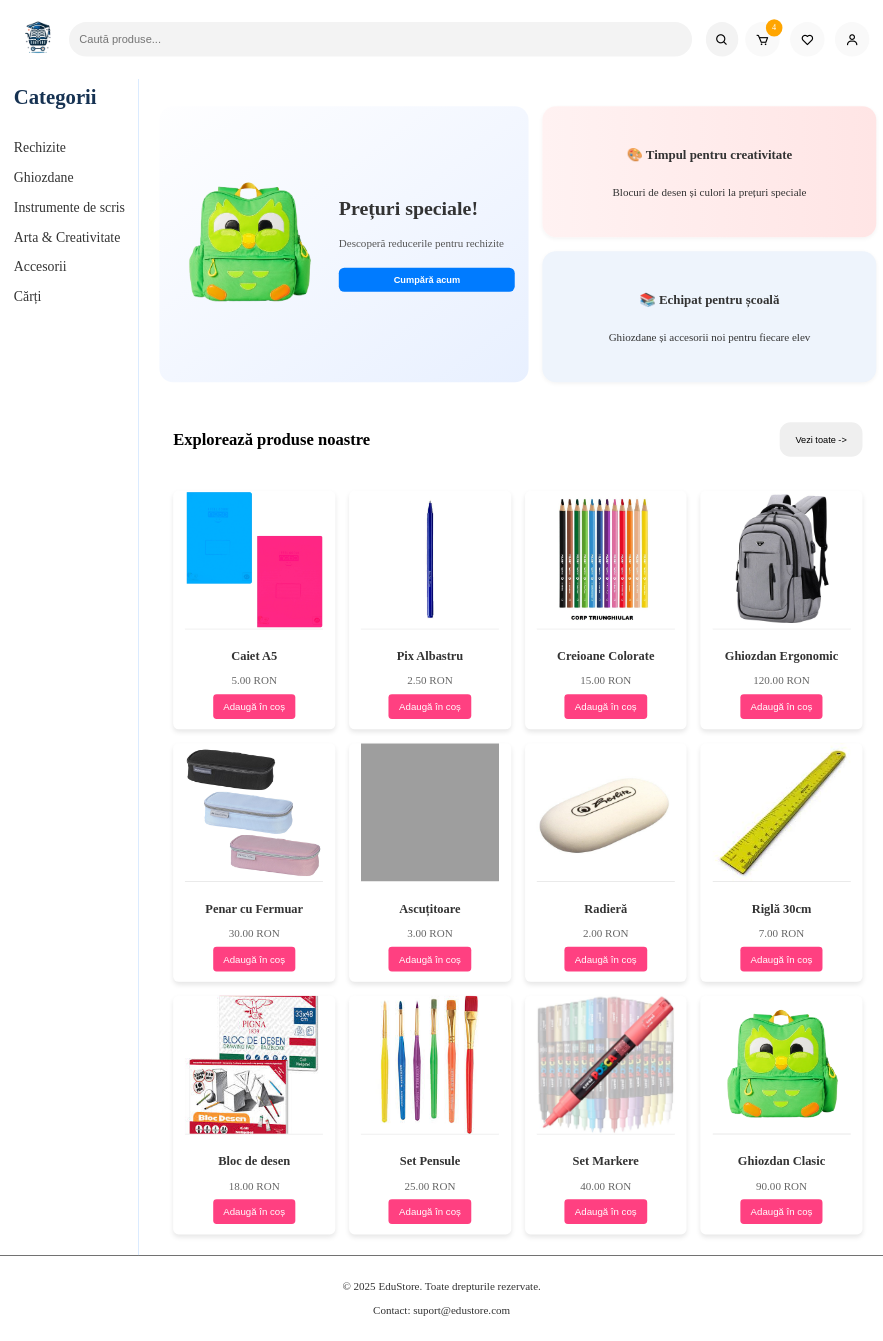
Repository: Roxana5504/WebDev-Project
Page: frontend/index.html
An editor plug-in stored every save of this project. The page is shown before and after the next save, followed by the edit.
The browser window is 1280 px wide. The pictures show the whole page, at 69% of full size.
Pictures or frames that could not be fetched are drawn as grey boxes.

Above is the page before, as saved 2025-04-23 17:14:04.

### frontend/index.html
<!DOCTYPE html>
<html lang="ro">
  <head>
    <meta charset="UTF-8" />
    <meta name="viewport" content="width=device-width, initial-scale=1.0" />
    <title>Căutare Produse</title>
    <link rel="stylesheet" href="/styles.css" />
    <link
      href="https://cdn.jsdelivr.net/npm/boxicons@2.1.4/css/boxicons.min.css"
      rel="stylesheet"
    />
  </head>

  <body>
    <header class="container-header">
      <div class="logo">
        <img src="/backend/images/logoDWS.png" alt="EduStore" />
      </div>

      <div class="search-bar">
        <button class="sidebar-toggle" id="sidebar-toggle">
          <i class="bx bx-menu"></i>
        </button>
        <input type="text" id="search-input" placeholder="Caută produse..." />
        <button class="search-btn" id="search-btn">
          <i class="bx bx-search"></i>
        </button>
      </div>

      <div class="header-icons">
        <div class="header-icon">
          <span class="cart-items">4</span>
          <i class="bx bx-cart"></i>
        </div>
        <div class="header-icon">
          <i class="bx bx-heart"></i>
        </div>
        <div class="header-icon profile">
          <i class="bx bx-user"></i>
        </div>
      </div>
    </header>

    <div class="main-content">
      <aside class="sidebar">
        <div>
          <h2>Categorii</h2>
          <ul>
            <li>Rechizite</li>
            <li>Ghiozdane</li>
            <li>Instrumente de scris</li>
            <li>Arta & Creativitate</li>
            <li>Accesorii</li>
            <li>Cărți</li>
          </ul>
        </div>
      </aside>

      <div class="container">
        <section class="banner">
          <div class="banner-left">
            <div class="banner-left-content">
              <div class="img-cont">
                <img src="/backend/images/gh.jpg" alt="Oferta specială" />
              </div>

              <div class="banner-text">
                <h2>Prețuri speciale!</h2>
                <p>Descoperă reducerile pentru rechizite</p>
                <button class="buy-now-btn" id="buy-now-btn">
                  Cumpără acum
                </button>
              </div>
            </div>
          </div>

          <div class="banner-right">
            <div class="banner-right-up">
              <h3>🎨 Timpul pentru creativitate</h3>
              <p>Blocuri de desen și culori la prețuri speciale</p>
            </div>
            <div class="banner-right-down">
              <h3>📚 Echipat pentru școală</h3>
              <p>Ghiozdane și accesorii noi pentru fiecare elev</p>
            </div>
          </div>
        </section>

        <section class="products">
          <div class="products-explore-line">
            <h2>Explorează produse noastre</h2>
            <button class="all-products-button">Vezi toate -></button>
          </div>
          <div id="product-list" class="product-list"></div>
        </section>
      </div>
    </div>
    <footer>
      <p>&copy; 2025 EduStore. Toate drepturile rezervate.</p>
      <p>Contact: suport@edustore.com</p>
    </footer>
    <script src="script.js"></script>
  </body>
</html>

### frontend/styles.css
/*CSS Roxana*/
html,
body {
  height: 100%;
  margin: 0;
  padding: 0;
}

.modal-overlay {
  position: fixed;
  top: 0;
  left: 0;
  right: 0;
  bottom: 0;
  background: rgba(0, 0, 0, 0.6);
  display: flex;
  align-items: center;
  justify-content: center;
  padding: 20px;
  z-index: 9999;
  overflow-y: auto;
  box-sizing: border-box;
}

.modal-content {
  display: flex;
  flex-direction: column;
  background: white;
  padding: 20px;
  border-radius: 10px;
  max-width: 800px;
  width: 100%;
  max-height: 90vh;
  overflow-y: auto;
  position: relative;
  box-sizing: border-box;
  align-items: center;
}

.modal-buttons {
  align-items: center;
  display: flex;
  gap: 10px;
  margin-top: 20px;
}

.modal-content button {
  background-color: black;
  color: white;
  font-weight: bold;
  border: none;
  padding: 12px 16px;
  border-radius: 5px;
}

.close-btn {
  position: absolute;
  top: 10px;
  right: 15px;
  font-size: 24px;
  cursor: pointer;
  color: red;
}

.modal-products {
  display: flex;
  flex-wrap: wrap;
  gap: 20px;
}

.modal-product-card {
  width: 200px;
  border: 1px solid #eee;
  border-radius: 10px;
  padding: 10px;
  text-align: center;
}

.modal-product-card img {
  max-width: 100%;
  height: auto;
  border-radius: 5px;
}

.container-header {
  position: sticky;
  top: 0px;
  background-color: white;
  z-index: 98;
  padding: 20px;
  display: flex;
  align-items: center;
  justify-content: space-between;
  width: 100%;
  box-sizing: border-box;
  flex-wrap: wrap;
  gap: 10px;
}

.logo img {
  height: 70px;
  cursor: pointer;
}

.search-bar {
  flex: 1;
  gap: 20px;
  display: flex;
  align-items: center;
  position: relative;
  max-width: 1000px;
}

.search-btn {
  width: 50px;
  height: 50px;
  border-radius: 100%;
  border: none;
  background-color: #f3f3f3;
  display: flex;
  justify-content: center;
  align-items: center;
  cursor: pointer;
  font-size: 20px;
}

.search-bar input {
  min-width: 200px;
  width: 100%;
  height: 50px;
  padding: 10px 15px;
  border-radius: 50px;
  border: none;
  background-color: #f3f3f3;
  font-size: 16px;
  outline: none;
  box-sizing: border-box;
}

.header-icons {
  display: flex;
  align-items: center;
  gap: 15px;
}

.header-icon {
  position: relative;
  width: 50px;
  height: 50px;
  background-color: #f9f9f9;
  border-radius: 50%;
  display: flex;
  justify-content: center;
  align-items: center;
  cursor: pointer;
}

.header-icon i {
  font-size: 20px;
  color: black;
}

.cart-items {
  position: absolute;
  top: -4px;
  right: -4px;
  background-color: orange;
  color: white;
  font-size: 12px;
  border-radius: 100%;
  padding: 5px 9px;
}

.main-content {
  display: flex;
  flex: 1;
  box-sizing: border-box;
  justify-content: left;
}

.container {
  flex: 1;
  width: 100%;
  margin: 0px auto;
  display: flex;
  flex-direction: column;
  padding: 10px;
  max-width: 1200px;
  box-sizing: border-box;
  justify-content: flex-start;
}

.sidebar {
  position: relative;
  height: auto;
  width: 200px;
  padding-right: 0px;
  margin-right: 20px;
  border-right: 1px solid rgb(203, 227, 255);
}

.sidebar div {
  position: sticky;
  top: 0px;
  background-color: white;
  z-index: 99;
}

.sidebar h2 {
  padding: 10px 0 10px 20px;
  font-size: 30px;
  font-weight: bold;
  margin-top: 0px;
  color: rgb(22, 50, 82);
}

.sidebar ul {
  list-style: none;
  padding: 0;
  margin: 0;
  margin-left: 20px;
}

.sidebar ul li {
  padding: 10px 0;
  font-size: 20px;
  color: #333;
  cursor: pointer;
  transition: color 0.3s ease;
}

.sidebar ul li:hover {
  color: #0d4e5a;
}

.sidebar-toggle {
  background: none;
  border: none;
  font-size: 25px;
  cursor: pointer;
  display: none;
}

.banner {
  display: flex;
  flex-wrap: wrap;
  gap: 20px;
  margin: 30px 0;
  width: 100%;
}

.banner-left {
  box-sizing: border-box;
  background: linear-gradient(to bottom right, #fefeff, #e8f0ff);
  border-radius: 20px;
  padding: 20px;
  position: relative;
  display: flex;
  align-items: center;
  justify-content: space-between;
  flex: 1 1 50%;
}

.banner-left-content {
  display: flex;
  gap: 20px;
  align-items: center;
  flex-wrap: wrap;
  width: 100%;
  max-width: 500px;
}

.banner-left-content img {
  width: 100%;
  max-width: 220px;
  height: auto;
  border-radius: 10px;
  object-fit: cover;
}

.banner-text {
  flex: 1;
  display: flex;
  flex-direction: column;
  gap: 10px;
}

.banner-text h2 {
  font-size: 1.8rem;
  color: #333;
  margin: 0;
}

.banner-text p {
  font-size: 1rem;
  color: #555;
}

.buy-now-btn {
  background-color: #007bff;
  color: white;
  border: none;
  padding: 10px 16px;
  border-radius: 8px;
  font-weight: bold;
  cursor: pointer;
  transition: background 0.3s ease;
}

.buy-now-btn:hover {
  background-color: #0056b3;
}

.banner-right {
  flex: 1 1 45%;
  display: flex;
  flex-direction: column;
  justify-content: space-between;
  gap: 20px;
  min-width: 300px;
}

.banner-right-up,
.banner-right-down {
  border-radius: 20px;
  padding: 20px;
  text-align: center;
  min-height: 150px;
  display: flex;
  flex-direction: column;
  justify-content: center;
  box-shadow: 0 2px 6px rgba(0, 0, 0, 0.05);
}

.banner-right-up {
  background: linear-gradient(to right, #fff2f2, #ffe5e5);
  color: #333;
}

.banner-right-down {
  background: #eef4fc;
  color: #333;
}

footer {
  text-align: center;
  padding: 20px;
  border-top: 1px solid #333;
  color: #333;
  background-color: white;
}

.products-explore-line {
  display: flex;
  justify-content: space-between;
  width: 100%;
  box-sizing: border-box;
  align-items: center;
  padding: 20px;
}

.all-products-button {
  border: none;
  border-radius: 16px;
  padding: 0px 10px;
  width: 120px;
  height: 50px;
  cursor: pointer;
}

@media (max-width: 768px) {
  .search-bar {
    gap: 10px;
    width: 100%;
    margin: 0px;
    order: 1;
    display: flex;
    justify-content: center;
  }

  .search-bar input {
    flex: 1;
    margin: 0 10px;
  }

  .banner {
    flex-direction: column;
  }

  .banner-left {
    width: 100%;
    flex: none;
  }

  .banner-right {
    flex-direction: row;
    flex-wrap: wrap;
    width: 100%;
    gap: 20px;
  }

  .banner-right-up,
  .banner-right-down {
    flex: 1 1 48%;
    min-width: 48%;
    padding: 15px;
  }
}

@media (max-width: 600px) {
  .modal-products {
    flex-direction: column;
    align-items: center;
  }

  .modal-product-card {
    width: 100%;
    max-width: 300px;
  }
  .sidebar {
    width: 30%;
    z-index: 99;
    transform: translateX(-100%);
    display: none;
  }

  .sidebar-toggle {
    display: block;
  }

  .sidebar.open {
    transform: translateX(0);
    display: block;
  }

  .sidebar h2 {
    font-size: 22px;
  }

  .sidebar ul li {
    font-size: 16px;
  }
}

/*Sfarsit CSS Roxana*/

.product-list {
  display: grid;
  grid-template-columns: repeat(auto-fit, minmax(220px, 1fr));
  gap: 20px;
  padding: 20px;
}

.product-card {
  background: white;
  border-radius: 8px;
  box-shadow: 0px 4px 8px rgba(0, 0, 0, 0.1);
  overflow: hidden;
  text-align: center;
  transition: transform 0.2s ease-in-out;
}

.product-card:hover {
  transform: scale(1.05);
}

.product-card img {
  width: 100%;
  height: 200px;
  object-fit: cover;
  border-bottom: 1px solid #ddd;
}

.product-card .product-info {
  padding: 15px;
}

.product-card h3 {
  font-size: 18px;
  margin: 10px 0;
  color: #333;
}

.product-card p {
  font-size: 16px;
  color: #666;
  margin-bottom: 10px;
}

.product-card button {
  background: #ff4081;
  color: white;
  border: none;
  padding: 10px 15px;
  border-radius: 5px;
  cursor: pointer;
  font-size: 14px;
  transition: background 0.3s;
}

.product-card button:hover {
  background: #e6006e;
}

@media (max-width: 768px) {
  .product-list {
    grid-template-columns: repeat(auto-fit, minmax(180px, 1fr));
  }
}

### frontend/script.js
//Roxana
document.addEventListener("DOMContentLoaded", function () {
  const categoryItems = document.querySelectorAll("aside li")
  const productList = document.getElementById("product-list")
  let products = []

  fetch("/products.json")
    .then((response) => {
      if (!response.ok) {
        throw new Error("Eroare la încărcarea fișierului products.json")
      }
      return response.json()
    })
    .then((data) => {
      products = data.products.map((product) => {
        const name = product.name.toLowerCase()
        let category = "altele"

        if (name.includes("ghiozdan")) category = "ghiozdane"
        else if (
          name.includes("pix") ||
          name.includes("creion") ||
          name.includes("marker") ||
          name.includes("pensul")
        )
          category = "arta-creativitate"
        else if (
          name.includes("radier") ||
          name.includes("ascuțitoare") ||
          name.includes("rigl")
        )
          category = "accesorii"
        else if (
          name.includes("caiet") ||
          name.includes("penar") ||
          name.includes("bloc")
        )
          category = "rechizite"

        return { ...product, category }
      })

      renderProducts()
    })
    .catch((error) => {
      console.error("Eroare la încărcare produse:", error)
    })

  function renderProducts() {
    productList.innerHTML = ""
    products.forEach((product) => {
      const productCard = document.createElement("div")
      productCard.classList.add("product-card")
      productCard.setAttribute("data-category", product.category)
      productCard.innerHTML = `
        <img src="${product.image}" alt="${
        product.name
      }" style="width: 200px; height: 200px; object-fit: cover;">
        <div class="product-info">
          <h3>${product.name}</h3>
          <p>${product.price.toFixed(2)} RON</p>
          <button>Adaugă în coș</button>
        </div>
      `
      productList.appendChild(productCard)
    })
  }

  categoryItems.forEach((item) => {
    item.addEventListener("click", function () {
      const category = this.textContent
        .trim()
        .toLowerCase()
        .replace(/\s+/g, "-")
      const productCards = document.querySelectorAll(".product-card")

      productCards.forEach((product) => {
        if (
          product.getAttribute("data-category") === category ||
          category === "toate"
        ) {
          product.style.display = "flex"
        } else {
          product.style.display = "none"
        }
      })
    })
  })
})

document.getElementById("search-btn").addEventListener("click", () => {
  const query = document.getElementById("search-input").value.trim()

  fetch(`/products/${query}`)
    .then((res) => {
      if (!res.ok) throw new Error("Server error: " + res.status)
      return res.json()
    })
    .then((data) => {
      if (data.length > 0) {
        showModalWithProducts(data)
      } else {
        showNoProductFoundModal(query)
      }
    })
    .catch((err) => {
      console.error("Eroare:", err)
    })
})

document.getElementById("buy-now-btn").addEventListener("click", () => {
  const query = "Ghiozdan Clasic"
  fetch(`/products/${query}`)
    .then((res) => {
      if (!res.ok) throw new Error("Server error: " + res.status)
      return res.json()
    })
    .then((data) => {
      if (data.length > 0) {
        showModalWithProducts(data)
      } else {
        showNoProductFoundModal(query)
      }
    })
    .catch((err) => {
      console.error("Eroare:", err)
    })
})

function showModalWithProducts(products) {
  let modalHTML = `
      <div id="product-modal" class="modal-overlay">
        <div class="modal-content">
          <span class="close-btn" onclick="closeModal()">&times;</span>
          <h2>Rezultate Căutare</h2>
          <div class="modal-products">
    `

  products.forEach((product) => {
    modalHTML += `
        <div class="modal-product-card">
          <img src="${product.image}" alt="${product.name}" />
          <h3>${product.name}</h3>
          <p>Preț: ${product.price} lei</p>
          <p>Cantitate: ${product.quantity ?? "Nespecificat"}</p>
        </div>
      `
  })

  modalHTML += `
          </div>
        </div>
      </div>
    `

  document.body.insertAdjacentHTML("beforeend", modalHTML)
}

function showNoProductFoundModal(query) {
  const modalHTML = `
      <div id="product-modal" class="modal-overlay">
        <div class="modal-content">
          <span class="close-btn" onclick="closeModal()">&times;</span>
          <h2>Produs negăsit</h2>
          <p>Nu am găsit produsul <strong>"${query}"</strong>.</p>
          <p>Dorești să îl adaugi în magazin?</p>
          <div class="modal-buttons">
          <button onclick="openAddProductForm('${query}')">Adaugă produs</button>
          <button onclick="closeModal()">Încearcă din nou</button></div>
        </div>
      </div>
    `
  document.body.insertAdjacentHTML("beforeend", modalHTML)
}

function closeModal() {
  const modal = document.getElementById("product-modal")
  if (modal) modal.remove()
}

const sidebarToggle = document.getElementById("sidebar-toggle")
const sidebar = document.querySelector(".sidebar")

sidebarToggle.addEventListener("click", () => {
  sidebar.classList.toggle("open")
})
//Sfarsit cod Roxana

Loaded but not shown: backend/products.json (72 lines, source omitted)

After the next save:
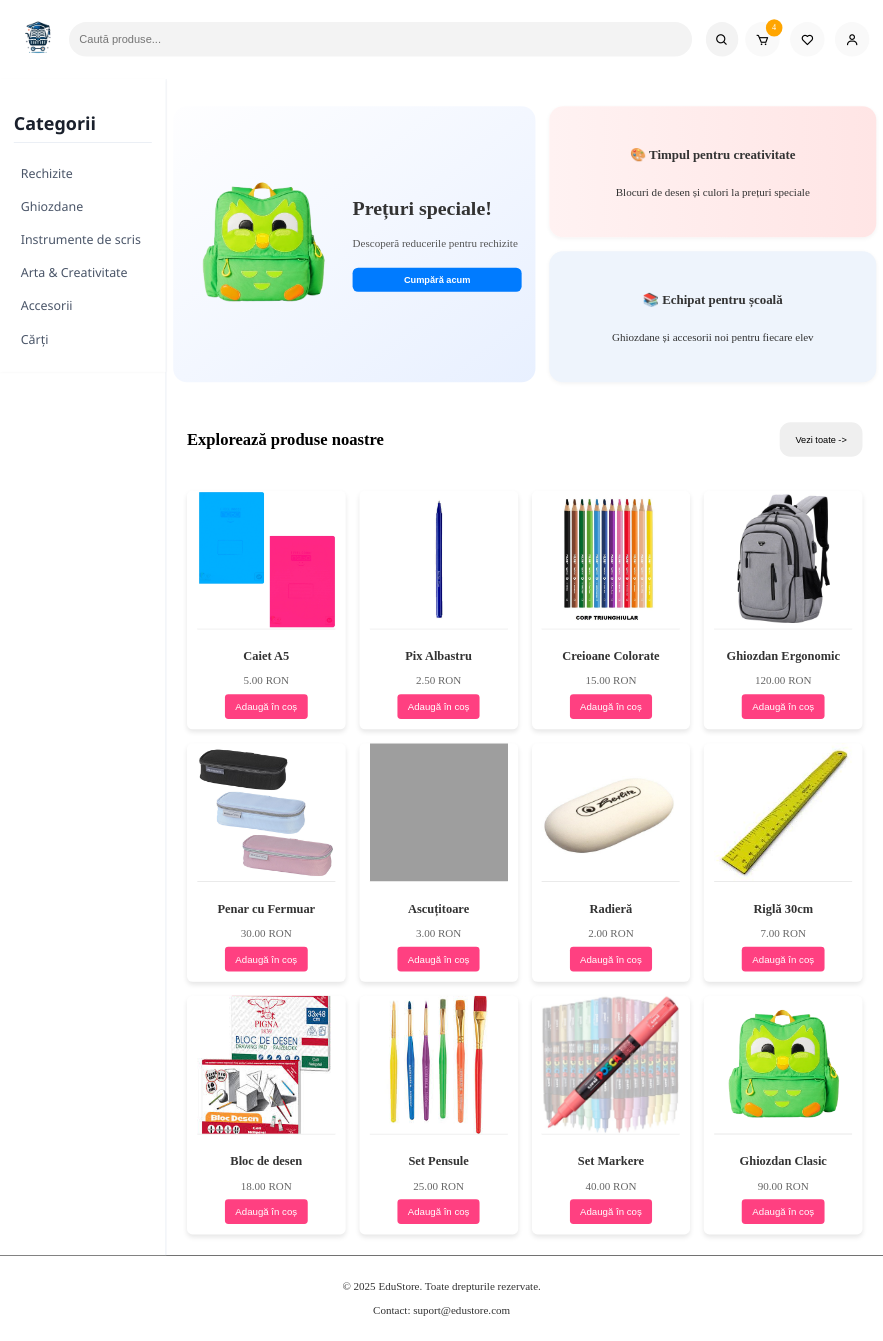
Saved 2 min 48 s later.
--- a/frontend/styles.css
+++ b/frontend/styles.css
@@ -191,54 +191,55 @@
 }
 
 .sidebar {
-  position: relative;
-  height: auto;
-  width: 200px;
-  padding-right: 0px;
-  margin-right: 20px;
-  border-right: 1px solid rgb(203, 227, 255);
+  width: 240px;
+  border-right: 1px solid #e2e8f0; /* subtle grey */
+  padding: 0;
+  background-color: #ffffff;
+  font-family: "Segoe UI", Tahoma, Geneva, Verdana, sans-serif;
 }
 
 .sidebar div {
   position: sticky;
-  top: 0px;
-  background-color: white;
+  top: 0;
+  padding: 24px 20px;
+  background-color: #ffffff;
   z-index: 99;
+  box-shadow: 0 2px 4px rgba(0, 0, 0, 0.04);
 }
 
 .sidebar h2 {
-  padding: 10px 0 10px 20px;
-  font-size: 30px;
-  font-weight: bold;
-  margin-top: 0px;
-  color: rgb(22, 50, 82);
+  font-size: 26px;
+  font-weight: 700;
+  color: #1a202c;
+  margin-bottom: 20px;
+  border-bottom: 1px solid #e2e8f0;
+  padding-bottom: 10px;
 }
 
 .sidebar ul {
   list-style: none;
   padding: 0;
   margin: 0;
-  margin-left: 20px;
 }
 
 .sidebar ul li {
-  padding: 10px 0;
-  font-size: 20px;
-  color: #333;
-  cursor: pointer;
-  transition: color 0.3s ease;
+  font-size: 18px;
+  color: #4a5568;
+  padding: 12px 0;
+  cursor: pointer;
+  transition: all 0.2s ease;
+  border-radius: 6px;
+  padding-left: 10px;
 }
 
 .sidebar ul li:hover {
+  background-color: #f1f5f9;
   color: #0d4e5a;
+  padding-left: 16px;
 }
 
 .sidebar-toggle {
-  background: none;
-  border: none;
-  font-size: 25px;
-  cursor: pointer;
-  display: none;
+  display: none; /* reserved for mobile later if needed */
 }
 
 .banner {

After the save that followed:
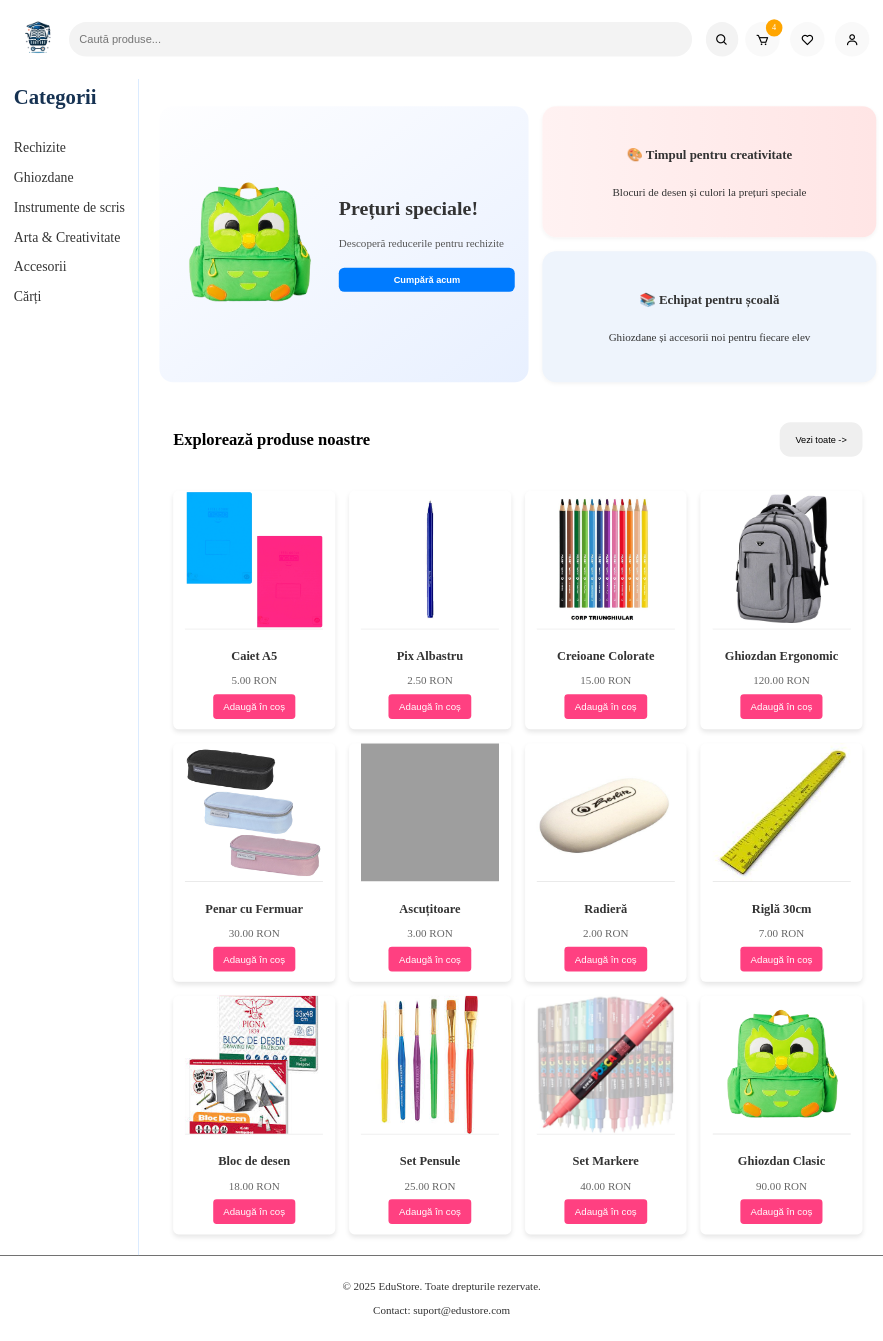
Saved 23 s later.
--- a/frontend/styles.css
+++ b/frontend/styles.css
@@ -191,55 +191,54 @@
 }
 
 .sidebar {
-  width: 240px;
-  border-right: 1px solid #e2e8f0; /* subtle grey */
-  padding: 0;
-  background-color: #ffffff;
-  font-family: "Segoe UI", Tahoma, Geneva, Verdana, sans-serif;
+  position: relative;
+  height: auto;
+  width: 200px;
+  padding-right: 0px;
+  margin-right: 20px;
+  border-right: 1px solid rgb(203, 227, 255);
 }
 
 .sidebar div {
   position: sticky;
-  top: 0;
-  padding: 24px 20px;
-  background-color: #ffffff;
+  top: 0px;
+  background-color: white;
   z-index: 99;
-  box-shadow: 0 2px 4px rgba(0, 0, 0, 0.04);
 }
 
 .sidebar h2 {
-  font-size: 26px;
-  font-weight: 700;
-  color: #1a202c;
-  margin-bottom: 20px;
-  border-bottom: 1px solid #e2e8f0;
-  padding-bottom: 10px;
+  padding: 10px 0 10px 20px;
+  font-size: 30px;
+  font-weight: bold;
+  margin-top: 0px;
+  color: rgb(22, 50, 82);
 }
 
 .sidebar ul {
   list-style: none;
   padding: 0;
   margin: 0;
+  margin-left: 20px;
 }
 
 .sidebar ul li {
-  font-size: 18px;
-  color: #4a5568;
-  padding: 12px 0;
-  cursor: pointer;
-  transition: all 0.2s ease;
-  border-radius: 6px;
-  padding-left: 10px;
+  padding: 10px 0;
+  font-size: 20px;
+  color: #333;
+  cursor: pointer;
+  transition: color 0.3s ease;
 }
 
 .sidebar ul li:hover {
-  background-color: #f1f5f9;
   color: #0d4e5a;
-  padding-left: 16px;
 }
 
 .sidebar-toggle {
-  display: none; /* reserved for mobile later if needed */
+  background: none;
+  border: none;
+  font-size: 25px;
+  cursor: pointer;
+  display: none;
 }
 
 .banner {
